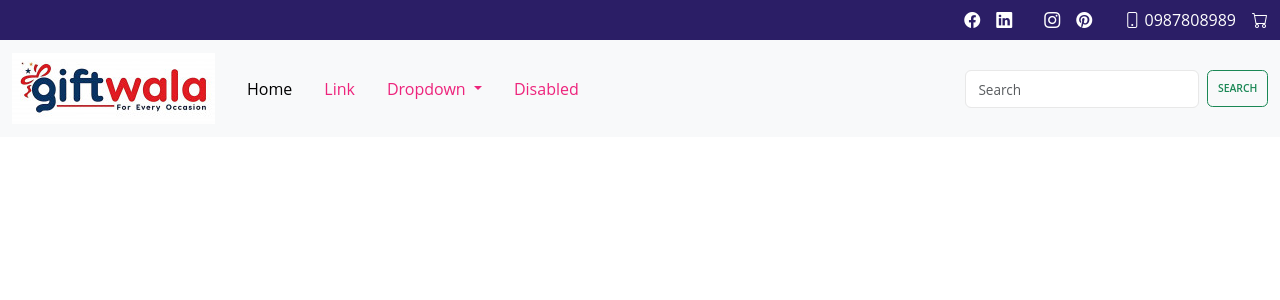
Repository: mangalravi/GiftWala
Page: index.html
An editor plug-in stored every save of this project. The page is shown before and after the next save, followed by the edit.
The browser window is 1280 px wide. The pictures show the whole page.
The style sheet was rebuilt from its Sass, Less or Tailwind sources for each picture, by a compiler version that may differ from the author's.

Above is the page before, as saved 2024-07-07 15:13:31.

### index.html
<!DOCTYPE html>
<html lang="en">
  <head>
    <meta charset="UTF-8" />
    <meta name="viewport" content="width=device-width, initial-scale=1.0" />
    <title>GiftWala</title>

    <link
      rel="apple-touch-icon"
      sizes="180x180"
      href="content/images/fabicon.png"
      alt="fabicon"
    />
    <link
      rel="icon"
      type="image/png"
      sizes="32x32"
      href="content/images/fabicon.png"
      alt="fabicon"
    />
    <link
      rel="icon"
      type="image/png"
      sizes="16x16"
      href="content/images/fabicon.png"
      alt="fabicon"
    />
    <link
      rel="publication"
      href=""
      crossorigin="use-credentials"
      type="application/manifest+json"
    />
    <meta name="msapplication-TileColor" content="#da532c" />
    <meta name="theme-color" content="#ffffff" />

    <link rel="icon" href="content/images/logo/favicon.png" type="image/png" />
    <link rel="stylesheet" href="content/css/bootstrap-icons.css" />
    <link rel="stylesheet" href="content/bootstrap/css/bootstrap.min.css" />
    <link rel="stylesheet" href="content/css/font-family.css" />
    <link rel="stylesheet" href="content/css/aos.css" />
    <link rel="stylesheet" href="content/css/custom.css" />
  </head>
  <body>
    <header>
      <div class="tophdr">
        <div class="container-fluid d-flex justify-content-end">
          <ul class="tpmnul">
            <li>
              <ul class="social-link">
                <li>
                  <a
                    href="#"
                    rel="noopener noreferrer"
                    target="_blank"
                    aria-label="Facebook"
                    class="fb"
                    ><i class="bi bi-facebook"></i
                  ></a>
                </li>
                <li>
                  <a
                    href="#"
                    rel="noopener noreferrer"
                    target="_blank"
                    aria-label="Linkedin"
                    class="in"
                    ><i class="bi bi-linkedin"></i
                  ></a>
                </li>
                <li>
                  <a
                    href="#"
                    rel="noopener noreferrer"
                    target="_blank"
                    aria-label="Twitter"
                    class="x"
                    ><i class="bi bi-twitter-x"></i
                  ></a>
                </li>
                <li>
                  <a
                    href="#"
                    rel="noopener noreferrer"
                    target="_blank"
                    aria-label="Instagram"
                    class="inta"
                    ><i class="bi bi-instagram"></i
                  ></a>
                </li>
                <li>
                  <a
                    href="#"
                    rel="noopener noreferrer"
                    target="_blank"
                    aria-label="Pinterest"
                    class="inta"
                    ><i class="bi bi-pinterest"></i
                  ></a>
                </li>
                <li>
                  <a
                    href="#"
                    rel="noopener noreferrer"
                    target="_blank"
                    aria-label="Threads"
                    class="in"
                    ><i class="bi bi-threads"></i
                  ></a>
                </li>
              </ul>
            </li>
            <li>
              <i class="bi bi-phone"></i>
              <span>0987808989</span>
            </li>
            <li>
              <i class="bi bi-cart"></i>
            </li>
          </ul>
        </div>
      </div>
      <nav class="navbar navbar-expand-lg bg-body-tertiary">
        <div class="container-fluid">
          <a class="navbar-brand" href="#">
            <img src="content/images/logo.jpg" alt="logo" />
          </a>
          <button
            class="navbar-toggler"
            type="button"
            data-bs-toggle="collapse"
            data-bs-target="#navbarSupportedContent"
            aria-controls="navbarSupportedContent"
            aria-expanded="false"
            aria-label="Toggle navigation"
          >
            <span class="navbar-toggler-icon"></span>
          </button>
          <div class="collapse navbar-collapse" id="navbarSupportedContent">
            <ul class="navbar-nav me-auto mb-2 mb-lg-0">
              <li class="nav-item">
                <a class="nav-link active" aria-current="page" href="#">Home</a>
              </li>
              <li class="nav-item">
                <a class="nav-link" href="#">Link</a>
              </li>
              <li class="nav-item dropdown">
                <a
                  class="nav-link dropdown-toggle"
                  href="#"
                  role="button"
                  data-bs-toggle="dropdown"
                  aria-expanded="false"
                >
                  Dropdown
                </a>
                <ul class="dropdown-menu">
                  <li><a class="dropdown-item" href="#">Action</a></li>
                  <li><a class="dropdown-item" href="#">Another action</a></li>
                  <li><hr class="dropdown-divider" /></li>
                  <li>
                    <a class="dropdown-item" href="#">Something else here</a>
                  </li>
                </ul>
              </li>
              <li class="nav-item">
                <a class="nav-link disabled" aria-disabled="true">Disabled</a>
              </li>
            </ul>
            <form class="d-flex" role="search">
              <input
                class="form-control me-2"
                type="search"
                placeholder="Search"
                aria-label="Search"
              />
              <button class="btn btn-outline-success" type="submit">
                Search
              </button>
            </form>
          </div>
        </div>
      </nav>
    </header>

    <!--
<footer>
  <div class="container">
    <div class="row mb-4">
      <div class="col-sm-6 col-md-2 d-flex">
        <div class="hdr-img mb-4">
          <img src="hdr-logo" alt="hdr-logo">
        </div>
      </div>
      <div class="col-md-7">
        <div class="row">
            <div class="col-3">
              <ul>
                <li><a href="aboutus.html">About Us</a></li>
                <li><a href="contact-us.html">Contact Us</a></li>
                <li><a href="faq.html">FAQ</a></li>
              </ul>
            </div>
            <div class="col-4">
              <ul>
                <li><a href="term-and-condition.html">Terms of Purchase</a></li>
                <li><a href="item-condition.html">Items Condition</a></li>
                <li><a href="privacy-policy.html">Privacy Policy</a></li>
              </ul>
            </div>
            <div class="col-5">
              <ul class="mailli">
                <li><a href="tel:1800-419-0431"><i class="bi bi-telephone-fill"></i> 1800-419-0431</a></li>
                <li><a href="mailto: support@b2bstop.com"><i class="bi bi-envelope"></i>  support@b2bstop.com</a></li>
              </ul>
            </div>
         </div>

      </div>
      <div class="col-sm-6 col-md-3 d-flex">
        <div class="adrs">
          <a href="http://maps.google.com/?q=1200 Pennsylvania Ave SE, Washington, District of Columbia, 20003"">
            <i class="bi bi-geo-alt-fill"></i>
            No. 565, Axis Pennmark building, 2nd, 3rd & 4th Floor, 9th cross road, Sarakki, 3rd phase, JP Nagar, Bangalore, Karnataka - 560078
          </a>
        </div>
      </div>
    </div>
    <div class="btn-hdng">
      <p class="text-center">© b2bstop - Trade mark of Green Enabled IT Solutions Pvt. Ltd</p>
    </div>
  </div>
</footer> -->

    <script src="content/js/jquery.min.js"></script>
    <script src="content/js/slick.js"></script>
    <script src="content/js/aos.js"></script>
    <script src="content/bootstrap/js/bootstrap.bundle.min.js"></script>
    <script src="content/js/custom.js"></script>
    <script>
      AOS.init();
    </script>
  </body>
</html>

### content/css/font-family.css
@font-face {
  font-family: "OpenSans";
  font-style: normal;
  font-weight: 400;
  src: url("../fonts/Open_Sans/static/OpenSans-Regular.ttf") format("truetype");
  font-display: swap;
}

@font-face {
  font-family: "OpenSans";
  font-style: normal;
  font-weight: 500;
  src: url("../fonts/Open_Sans/static/OpenSans-Medium.ttf") format("truetype");
  font-display: swap;
}

@font-face {
  font-family: "OpenSans";
  font-style: normal;
  font-weight: 600;
  src: url("../fonts/Open_Sans/static/OpenSans-SemiBold.ttf") format("truetype");
  font-display: swap;
}

@font-face {
  font-family: "OpenSans";
  font-style: normal;
  font-weight: 700;
  src: url("../fonts/Open_Sans/static/OpenSans-Bold.ttf") format("truetype");
  font-display: swap;
}

### content/js/custom.js
$(".projetos-slider").slick({
  slidesToShow: 1,
  slidesToScroll: 1,
  autoplay: true,
  autoplaySpeed: 1000,
  arrows: false,
  dots: false,
  adaptiveHeight: true,
  speed: 1500,
  responsive: [
    {
      breakpoint: 1121,
      settings: {
        slidesToShow: 1,
        autoplay: true,
        adaptiveHeight: true,
      },
    },
    {
      breakpoint: 768,
      settings: {
        slidesToShow: 1,
        autoplay: true,
        adaptiveHeight: true,
      },
    },
  ],
});

### content/css/custom.scss
:root {
  --bs-primary: #2b1e66;
  --bs-secondary: #ed247c;
  --bs-heading: #333333;
  --bs-para: #595657;
  --bs-border-color: #e8e8e8;
  --bs-root-font-size: 16px;
  --bs-body-font-family: 'Open Sans', sans-serif;
}

:after,
:before,
* {
  box-sizing: border-box;
}

.bi,
.btn,
.h1,
.h2,
.h3,
.h4,
.h5,
.h6,
:after,
:before,
a,
button,
h1,
h2,
h3,
h4,
h5,
h6,
img,
input,
li,
p,
select,
span,
textarea {
  transition: 0.5s ease-out;
}

ul {
  padding: 0;
  margin: 0;

  li {
    list-style: none;
  }
}

body {
  margin: 0;
  font-family: var(--bs-body-font-family);
  overflow-x: hidden;
  font-size: 16px;
  position: inherit !important;
}

.overflow-x-hidden {
  overflow-x: hidden;
}

.h1,
.h2,
.h3,
.h4,
.h5,
.h6,
h1,
h2,
h3,
h4,
h5,
h6 {
  font-family: var(--bs-body-font-family);
  font-weight: 600;
  margin-bottom: 1rem;
  line-height: 1.35;
  color: var(--bs-secondary);
}

.btn {
  padding: 0.65rem 0.6rem;
  font-size: 0.65rem;
  text-transform: uppercase;
  transition: all 0.25s;
  border-radius: 0.35rem;
  height: 37.72px;
  font-weight: 600;
}

.btn-secondary-fill {
  background: var(--bs-secondary);
  border: 1px solid var(--bs-secondary);
  color: #fff;

  &:hover {
    background: var(--bs-secondary);
    border: 1px solid var(--bs-secondary);
    color: #fff;
  }
}


input {
  &::placeholder {
    font-size: 0.85rem;
    color: #000;
  }
}

.form-group {
  width: 100%;
  border: 1px solid #e1e1e2;
  border-radius: 0.25rem;
  padding: 0.25rem 1rem;

  &::placeholder {
    font-size: 1rem;
    color: #aeb3b3;
  }

  &::focus {
    outline: none;
    border: 1px solid var(--bs-primary);
  }
}

img {
  object-fit: contain;
  max-width: 100%;
}

.btn-primary {
  color: #fff;
  background-color: var(--bs-primary);
  border: 1px solid var(--bs-primary);
}

.btn-secondary {
  color: var(--bs-secondary);
  background-color: transparent;
  border: 1px solid var(--bs-secondary);

  &:hover {
    border-radius: 0.5rem;
    color: #fff;
    background-color: var(--bs-secondary);
    border-color: transparent;
    transition: all 0.8s;
  }

  &:focus {
    color: #fff;
    background-color: var(--bs-secondary);
    border-color: transparent;
  }
}

.btn-primary {

  &:hover,
  &:focus {
    color: #fff;
    background-color: var(--bs-primary);
    outline: 0;
    box-shadow: none;
    border-color: transparent;
  }
}

.btn-main {
  &:hover {
    background: #fff;
    color: var(--bs-secondary);
  }
}

.nav-item {
  padding: 0 0.5rem;
  color: #333333ad;
  font-weight: 500;

  .nav-link {
    padding: 0 0.5rem;
    color: var(--bs-secondary);
  }

}

a {
  &:hover {
    color: var(--bs-primary);
    text-decoration: none;
  }
}

svg,
img {
  vertical-align: middle;
}

section,
footer {
  padding: 50px 0;
}

.socilhdr {
  display: flex;
  justify-content: flex-end;
  gap: 1.5rem;
  padding: 0;

  li {
    list-style-type: none;
  }
}

.tophdr {
  padding: 0.5rem 0;
  background: var(--bs-primary);

  .tpmnul {
    display: flex;
    align-items: center;
    gap: 1rem;
    color: #fff;

    .social-link {
      display: flex;
      align-items: center;
      gap: 1rem;

      li {
        a {
          color: #fff;
        }
      }
    }
  }
}

Loaded but not shown: content/css/bootstrap-icons.css (library); content/bootstrap/css/bootstrap.min.css (library); content/css/aos.css (library); content/js/jquery.min.js (library); content/js/slick.js (library); content/js/aos.js (library); content/bootstrap/js/bootstrap.bundle.min.js (library)

After the next save:
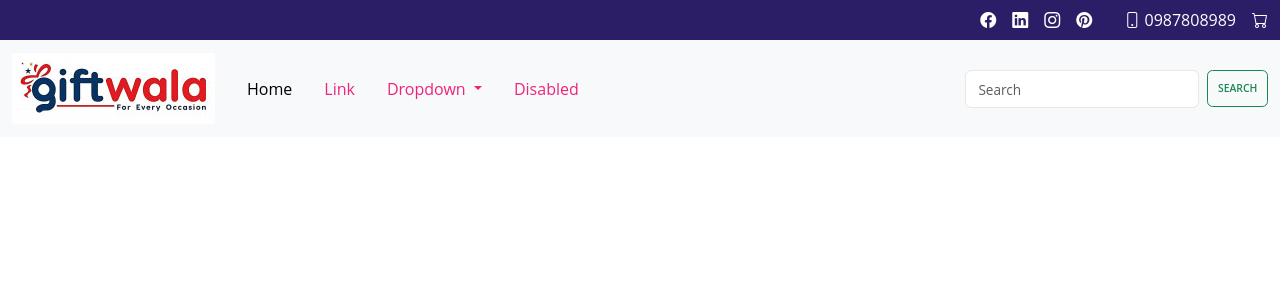
Saved 35 s later.
--- a/index.html
+++ b/index.html
@@ -66,16 +66,6 @@
                     aria-label="Linkedin"
                     class="in"
                     ><i class="bi bi-linkedin"></i
-                  ></a>
-                </li>
-                <li>
-                  <a
-                    href="#"
-                    rel="noopener noreferrer"
-                    target="_blank"
-                    aria-label="Twitter"
-                    class="x"
-                    ><i class="bi bi-twitter-x"></i
                   ></a>
                 </li>
                 <li>
